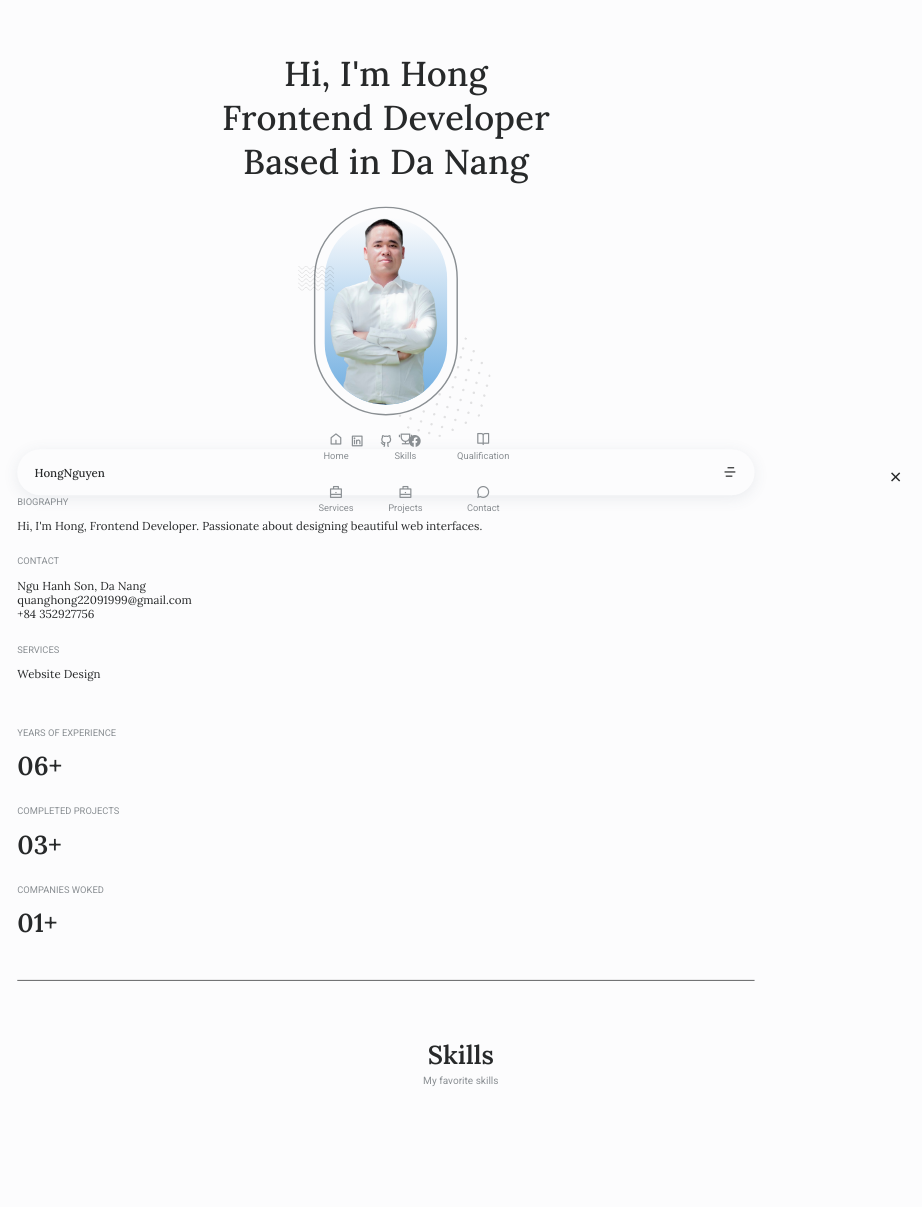
Repository: hnguyeng/myportfoliohongnguyen
Page: index.html
An editor plug-in stored every save of this project. The page is shown before and after the next save, followed by the edit.
The browser window is 1280 px wide. The pictures show the whole page, at 72% of full size.
Some web libraries are served in a nearby version.

Above is the page before, as saved 2023-07-17 14:36:37.

After the next save:
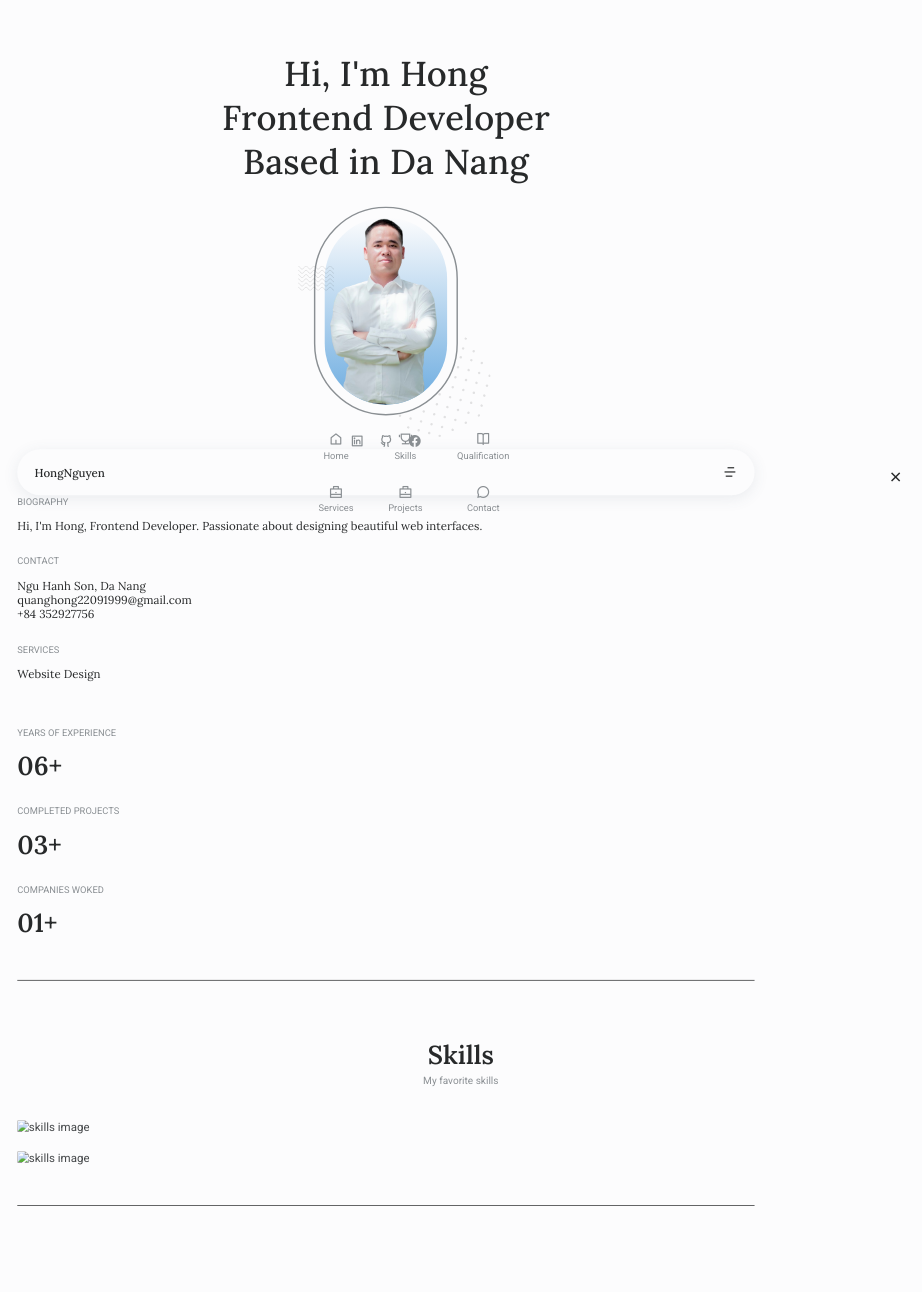
Saved 9 min 38 s later.
--- a/index.html
+++ b/index.html
@@ -161,7 +161,38 @@
         <section class="skills section" id="skills">
             <h2 class="section__title">Skills</h2>
             <span class="section__subtitle">My favorite skills</span>
-
+            <div class="skills__container container grid section__border">
+                <!-- ================SKILLs1=========== -->
+                <div class="skills__content">
+                    <h3 class="skills__title">
+
+                    </h3>
+                    <div class="skills__info">
+                        <div class="skills__data">
+                            <div class="skills__blob">
+                                <img src="" alt="skills image">
+                                <h3 class="skills__name"></h3>
+                                <span class="skills__subtitle"></span>
+                            </div>
+                        </div>
+                    </div>
+                </div>
+                <!-- ================SKILLs2=========== -->
+                <div class="skills__content">
+                    <h3 class="skills__title">
+
+                    </h3>
+                    <div class="skills__info">
+                        <div class="skills__data">
+                            <div class="skills__blob">
+                                <img src="" alt="skills image">
+                                <h3 class="skills__name"></h3>
+                                <span class="skills__subtitle"></span>
+                            </div>
+                        </div>
+                    </div>
+                </div>
+            </div>
         </section>
         <!-- =============QUALIFICATION============= -->
         <section class="qualification section" id="qualification"></section>
